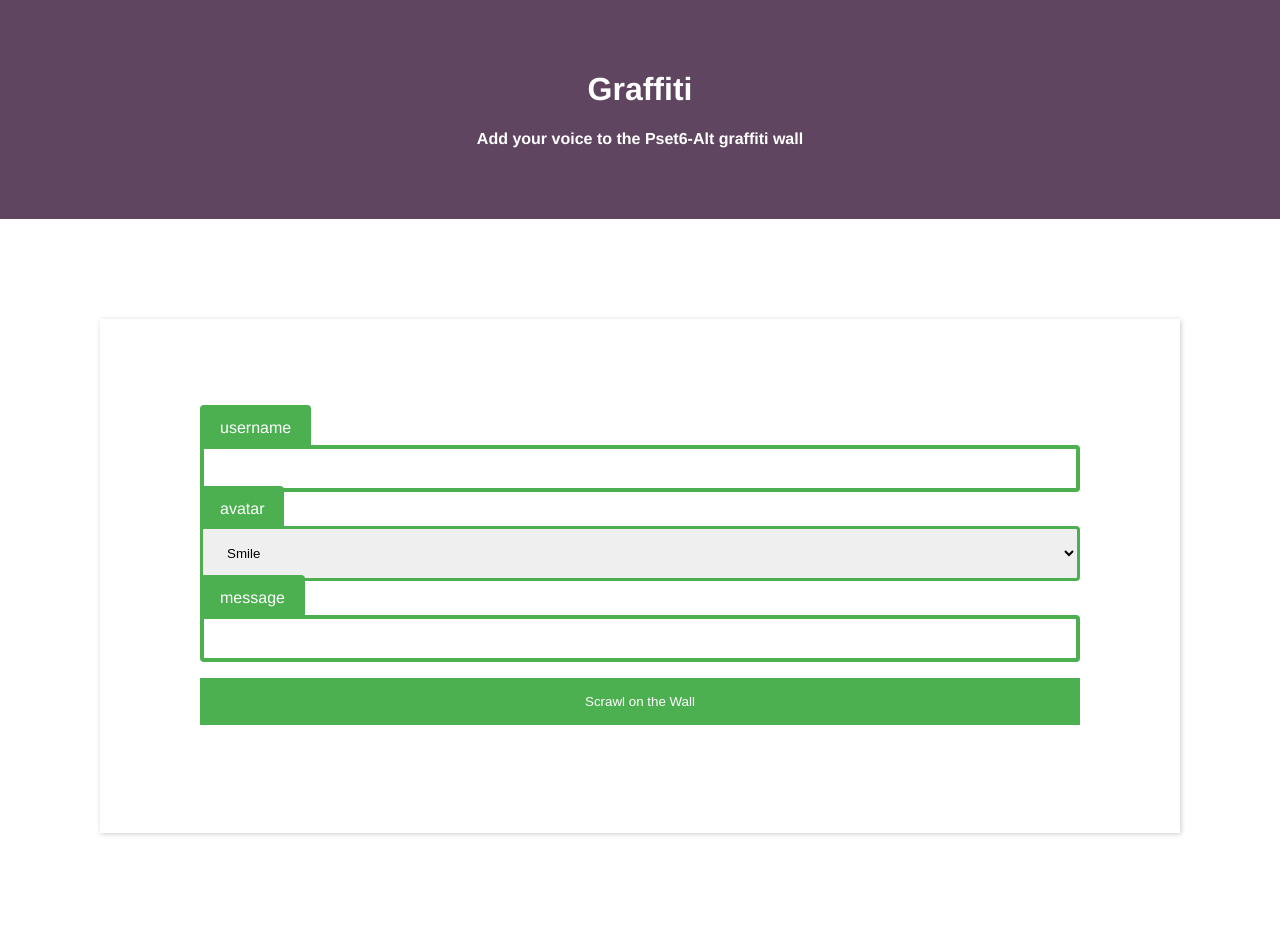
Repository: egniebauer/cs50x-LaunchCode
Page: pset-graffitiwall/graffiti.html
The author's editor kept a record of every edit. The page is drawn from the files as they stood at one moment, then again after the next edit.
The browser window is 1280 px wide. The pictures show the whole page.
Some web libraries are served in a nearby version.

Above is the page before.

### pset-graffitiwall/graffiti.html
<!DOCTYPE html>
<html>
<head>
    <title>Graffiti</title>
    <link rel="stylesheet" type="text/css" href="styles.css" />
</head>
<body>
    <div class="heading">
        <h1>Graffiti</h1>
        <h4>Add your voice to the Pset6-Alt graffiti wall</h4>
    </div>

    <div class="card">

        <!-- Don't change the id. Our JS script below is looking for "slackForm". -->
        <form id="slackForm" action="https://hooks.slack.com/services/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" method="POST">

            <!-- TODO: add the necessary fields, action, submit button, etc -->
            <label for="username">username</label><br />
            <input type="text" name="username"/><br />

            <label for="avatar">avatar</label><br />
            <select name="icon_emoji">
                <option value=":smile:">Smile</option>
                <option value=":muscle:">Muscle</option>
                <option value=":eyes:">Eyes</option>
                <option value=":baby_chick:">Baby Chick</option>
                <option value=":sushi:">Sushi</option>
                <option value=":moyai:">Moyai</option>
            </select><br />

            <label for="message">message</label><br />
            <input type="text" name="text"/><br />

            <input type="submit" value="Scrawl on the Wall">

        </form>
    </div>

    <!-- here we include some javascript: first a few libraries... -->
    <script src="https://ajax.googleapis.com/ajax/libs/jquery/1.8.3/jquery.min.js"></script>
    <script src="http://code.jquery.com/ui/1.9.2/jquery-ui.js"></script>

    <!-- ...and then our own script -->
    <script type="text/javascript">

        // first get a reference to the form
        var slackForm = document.getElementById("slackForm");

        // right before the form submits, execute the function called populatePayloadField
        slackForm.onsubmit = populatePayloadField;

        function populatePayloadField() {
            // convert form fields into a JSON string
            var formData = getFormData();
            delete formData.payload;
            jsonString = JSON.stringify(formData);

            // create a new hidden input and add it to the form
            var payloadInput = document.createElement("input");
            payloadInput.setAttribute("type", "hidden");
            payloadInput.setAttribute("name", "payload");
            payloadInput.setAttribute("value", jsonString);
            console.log(payloadInput);
            slackForm.appendChild(payloadInput);
            console.log(slackForm);
        }

        // a helper function to return a javascript object containing all the form's fields
        function getFormData() {
            var object = {};
            var fields = $("#slackForm").serializeArray();
            for (var i = 0; i < fields.length; i++) {
                var field = fields[i];
                object[field.name] = field.value;
            }
            return object;
        }
    </script>

</body>
</html>

### pset-graffitiwall/styles.css
body {
    margin: 0;
    font-size: 16px;
    font-family: helvetica;
}

.card {
    margin: 100px;
    padding: 100px;
    box-shadow: 1px 1px 5px #ccc;
}

.heading {
    padding: 50px;
    color: white;
    background: #604560;
    text-align: center;
}

input[type=text] {
    border: 4px solid #4CAF50;
    border-radius: 4px;
    width: 100%;
    padding: 12px 20px;
    margin: 8px 0;
    box-sizing: border-box;
    display: inline-block;
}

select {
    border: 3px solid #4CAF50;
    border-radius: 4px;
    width: 100%;
    padding: 16px 20px;
    margin: 8px 0;
    box-sizing: border-box;
}

input[type=submit] {
    background-color: #4CAF50;
    border: none;
    color: white;
    padding: 16px 20px;
    text-decoration: none;
    margin: 8px 0;
    cursor: pointer;
    width: 100%;
}

label {
    background-color: #4CAF50;
    border: none;
    color: white;
    padding: 14px 20px;
    /*text-decoration: none;*/
    margin: 32px 0;
    border-radius: 4px;
}

After the next edit:
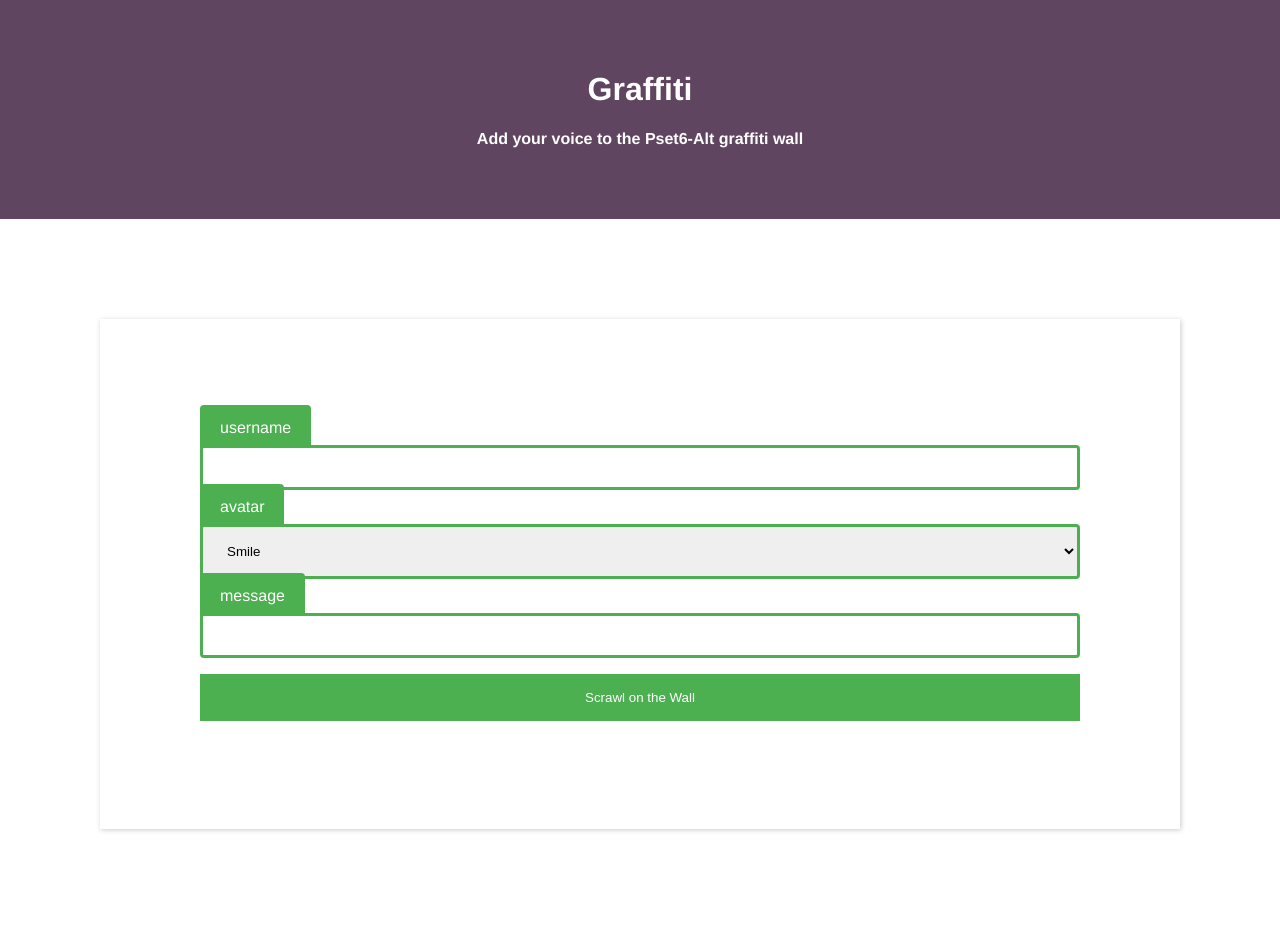
The edit:
--- a/pset-graffitiwall/styles.css
+++ b/pset-graffitiwall/styles.css
@@ -18,7 +18,7 @@
 }
 
 input[type=text] {
-    border: 4px solid #4CAF50;
+    border: 3px solid #4CAF50;
     border-radius: 4px;
     width: 100%;
     padding: 12px 20px;
